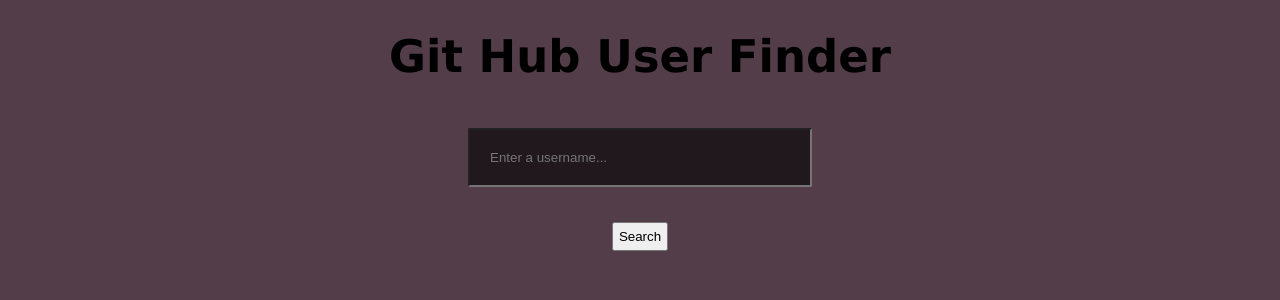
Repository: Dharshinimk-521/github-user-finder
Page: index.html
An editor plug-in stored every save of this project. The page is shown before and after the next save, followed by the edit.
The browser window is 1280 px wide. The pictures show the whole page.
Some web fonts or font styles are not loaded; a fallback is used.

Above is the page before, as saved 2026-04-13 20:59:01.

After the next save:
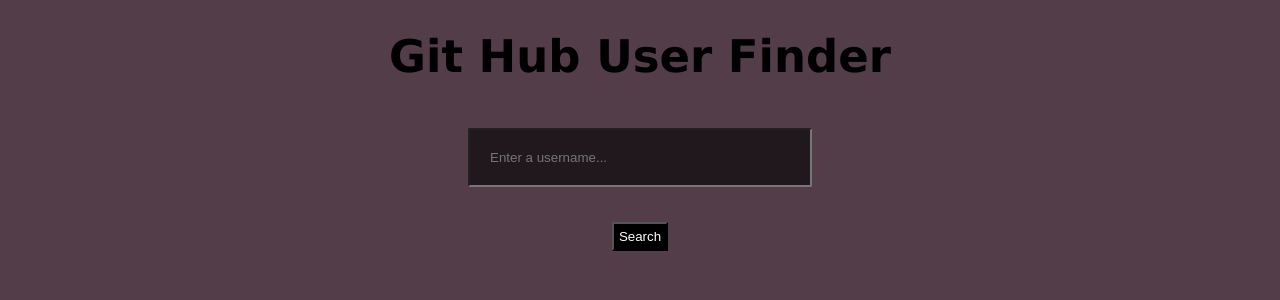
Saved 32 s later.
--- a/style.css
+++ b/style.css
@@ -26,5 +26,6 @@ body{
     padding:5px;
     margin: 20px 10px;
     cursor: pointer;
-
+    background-color: black;
+    color: white;
 }
